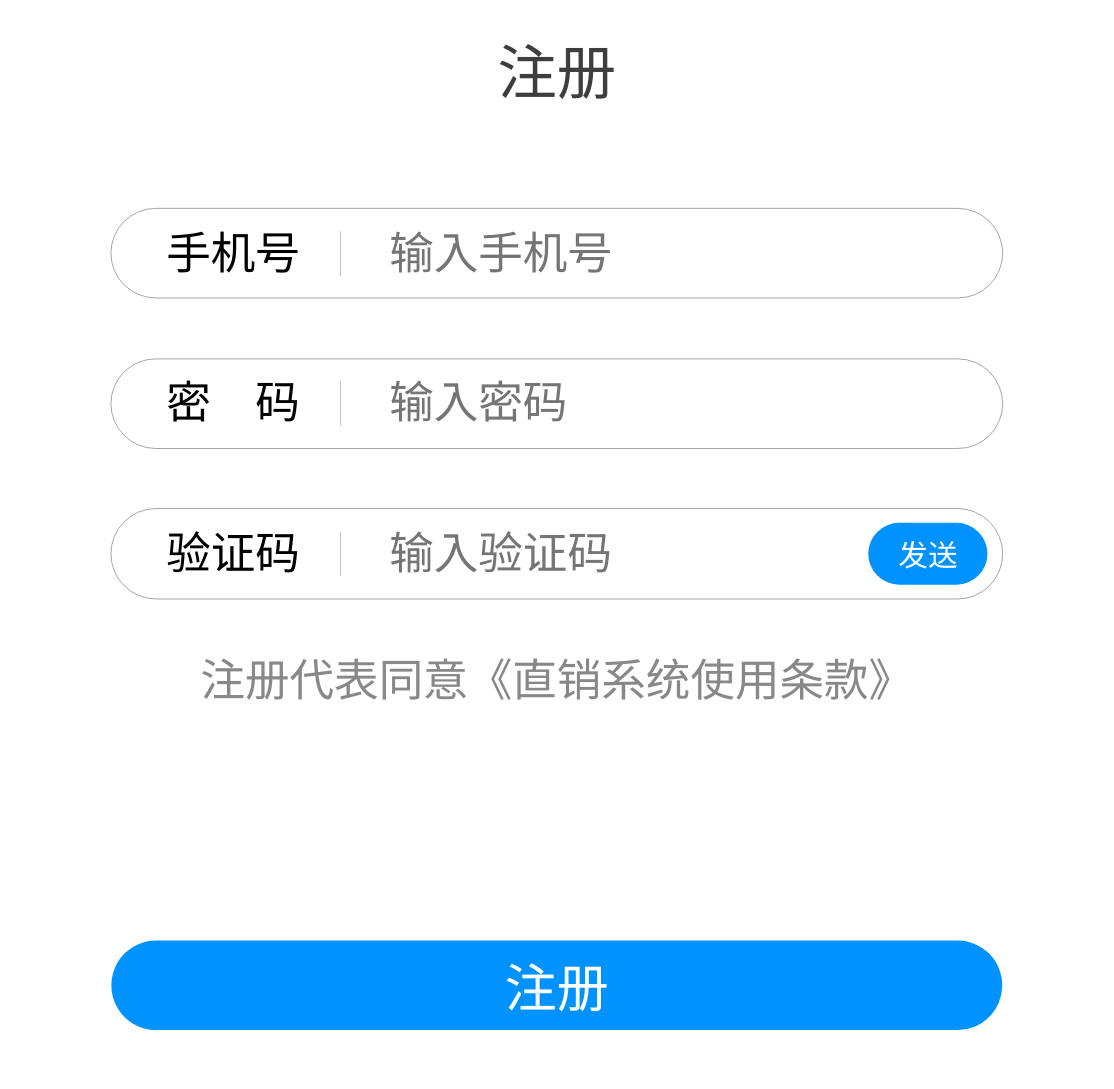
Repository: 421538074/sell
Page: consumer/regsiter.html
The author's editor kept a copy of each file at every save. The page is drawn from the files as they stood at one save, then again after the next save.
The browser window is 1280 px wide. The pictures show the whole page, at 87% of full size.

Above is the page before, as saved 2019-05-29 15:18:01.

### consumer/regsiter.html
<!DOCTYPE html>
<html lang="en">

<head>
    <meta charset="UTF-8">
    <meta name="viewport" content="width=device-width, initial-scale=1.0">
    <meta http-equiv="X-UA-Compatible" content="ie=edge">
    <link rel="stylesheet" href="../css/base.css">
    <link rel="stylesheet" href="css/regsiter.css">
    <title>注册</title>
</head>

<body>
    <div id="app" class="content">
        <div class="regsiter">
            <div class="regsiter_wrap">
                <h4>注册</h4>
                <ul class="regsiter_uu">
                    <li>
                        <label class="title">手机号</label>
                        <input @input="limitLength('phone',11)" v-model="phone" maxlength="11" type="number"
                            placeholder="输入手机号">
                    </li>
                    <li>
                        <label class="title">密&nbsp;&nbsp;&nbsp;&nbsp;码</label>
                        <input class="pasword" v-model="password" type="password" placeholder="输入密码">
                    </li>
                    <li>
                        <label class="title">验证码</label>
                        <input class="pasword" v-model="code" type="number" placeholder="输入验证码">
                        <button class="send-code">发送</button>
                    </li>
                </ul>
                <p class="regsiter-protocol">
                    注册代表同意<span class="stronger">《直销系统使用条款》</span>
                </p>
                <button class="regsiter_btn" @click="regsiter">注册</button>
            </div>
        </div>
    </div>
    <script src="../js/jquery.min.js"></script>
    <script src="../js/api.js"></script>
    <script src="../js/vue.js"></script>
</body>

</html>

### css/base.css
/* http://meyerweb.com/eric/tools/css/reset/
   v2.0 | 20110126
   License: none (public domain)
*/

html,
body,
div,
span,
applet,
object,
iframe,
h1,
h2,
h3,
h4,
h5,
h6,
p,
blockquote,
pre,
a,
abbr,
acronym,
address,
big,
cite,
code,
del,
dfn,
em,
img,
ins,
kbd,
q,
s,
samp,
small,
strike,
strong,
sub,
sup,
tt,
var,
b,
u,
i,
center,
dl,
dt,
dd,
ol,
ul,
li,
fieldset,
form,
label,
legend,
table,
caption,
tbody,
tfoot,
thead,
tr,
th,
td,
article,
aside,
canvas,
details,
embed,
figure,
figcaption,
footer,
header,
hgroup,
menu,
nav,
output,
ruby,
section,
summary,
time,
mark,
audio,
video {
    margin: 0;
    padding: 0;
    border: 0;
    font-size: 100%;
    font: inherit;
    vertical-align: baseline;
}

/* HTML5 display-role reset for older browsers */
article,
aside,
details,
figcaption,
figure,
footer,
header,
hgroup,
menu,
nav,
section {
    display: block;
}

body {
    line-height: 1;
}

ol,
ul {
    list-style: none;
}

blockquote,
q {
    quotes: none;
}

blockquote:before,
blockquote:after,
q:before,
q:after {
    content: '';
    content: none;
}

table {
    border-collapse: collapse;
    border-spacing: 0;
}


body,
html {
    font-size: calc(100vw / 37.5);
    font-family: PingFangSC-Medium;
    background: #F2F2F2;
}


[v-cloak] {
    display: none;
}


hr {
    margin: 0;
    padding: 0;
}

.clearfix {
    zoom: 1;
}

.clearfix:after {
    content: ".";
    display: block;
    visibility: hidden;
    height: 0;
    clear: both;
}

[v-cloak] {
    display: none;
}

### consumer/css/regsiter.css
html,body{
    background: #ffffff;
}
h4 {
    color: #3E3E3E;
    text-align: center;
    height: 5rem;
    font-size: 2rem;
    display: flex;
    align-items: center;
    justify-content: center;
}
li {
    width: 80%;
    border: 1px solid #999999;
    margin: 2rem auto;
    height: 3rem;
    border-radius: 10rem;
    display: flex;
    align-items: center;
    justify-content: space-around;
    position: relative;
}
label.title{
    position: relative;
    width: 20%;
    display: flex;
    align-items: center;
    justify-content: center;
    font-size: 1.5rem;
}
label.title::after{
    content: '';
    position: absolute;
    height: 100%;
    width: 1px;
    background: #B6B6B6;
    left: 110%;
}
li input {
    border: none;
    flex: 0.8;
    outline: 0;
    font-size: 1.5rem;
}
input.pasword{
    color: #0093FF;
}
button.regsiter_btn {
    background: #0093FF;
    outline: 0;
    border: none;
    border-radius: 10rem;
    height: 3rem;
    width: 80%;
    margin: 8rem auto;
    display: block;
    color: #ffffff;
    font-size: 1.75rem;
    margin-bottom: 2rem;
}
button.send-code {
    background: #0093FF;
    border: none;
    color: #fff;
    border-radius: 10rem;
    font-size: 1rem;
    padding: 0.3rem 1rem;
    position: absolute;
    right: 0.5rem;
    outline: 0;
}
p.regsiter-protocol {
    color: #888888;
    font-size: 1.5rem;
    text-align: center;
}

### js/api.js



// window.warn = {
//     alert: function alert(msg) {
//         var template = `
// `
//         $('body').append(template);
//         $('.alert-body').animate({
//             top: "40px"
//         }, 200);
//         // setTimeout(function () {
//         //     warn.close();
//         // }, 1500);
//     },
//     close: function close() {
//         $('.alert-body').animate({
//             top: "-280px"
//         }, 200);
//         setTimeout(function () {
//             $('#alert-msg').remove();
//         }, 200);
//     }
// };

Loaded but not shown: js/jquery.min.js (library); js/vue.js (library)

After the next save:
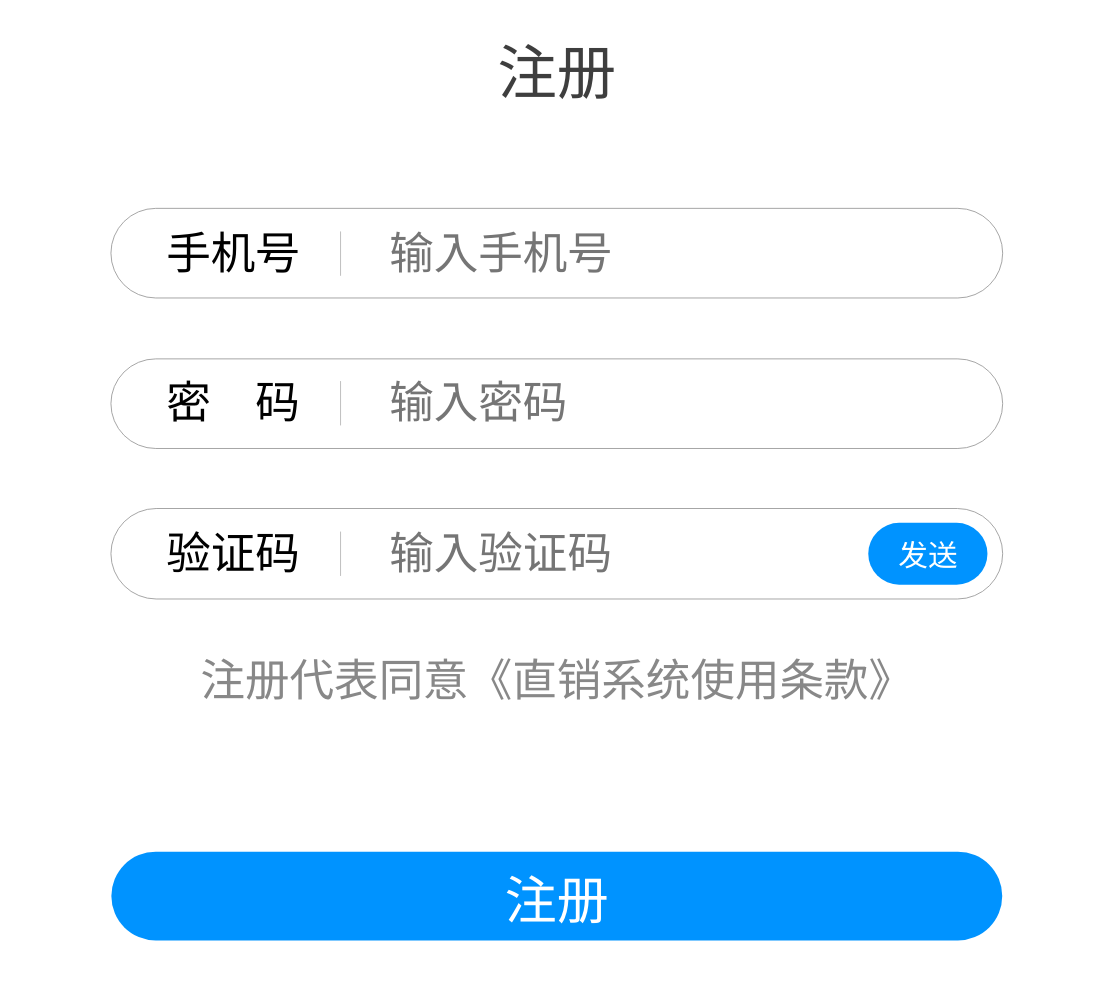
Saved 20 s later.
--- a/consumer/css/regsiter.css
+++ b/consumer/css/regsiter.css
@@ -53,7 +53,7 @@ button.regsiter_btn {
     border-radius: 10rem;
     height: 3rem;
     width: 80%;
-    margin: 8rem auto;
+    margin: 5rem auto;
     display: block;
     color: #ffffff;
     font-size: 1.75rem;
